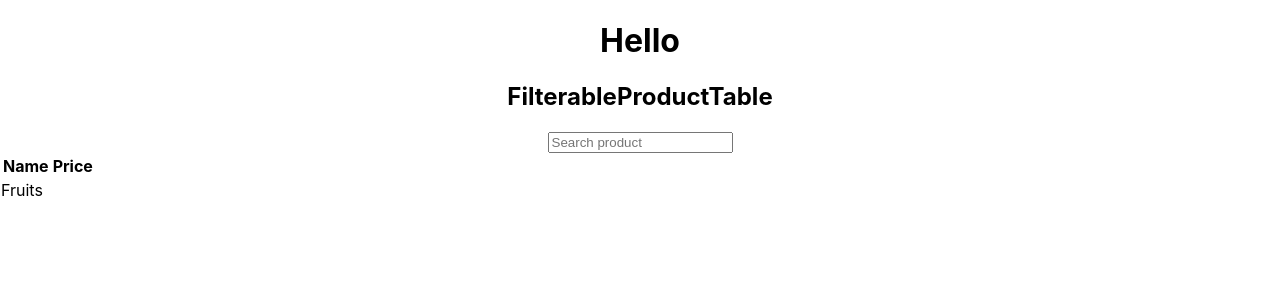
Repository: rezapurnamaa/product-category
Page: /
The author's editor kept a copy of each file at every save. The page is drawn from the files as they stood at one save, then again after a run of saves.
The browser window is 1280 px wide. The pictures show the whole page.
The project was rebuilt for these pictures with package versions that can differ from the ones it lists, and the page was loaded fresh each time.

Above is the page before, as saved 2023-06-23 01:05:52.

After the next 2 saves:
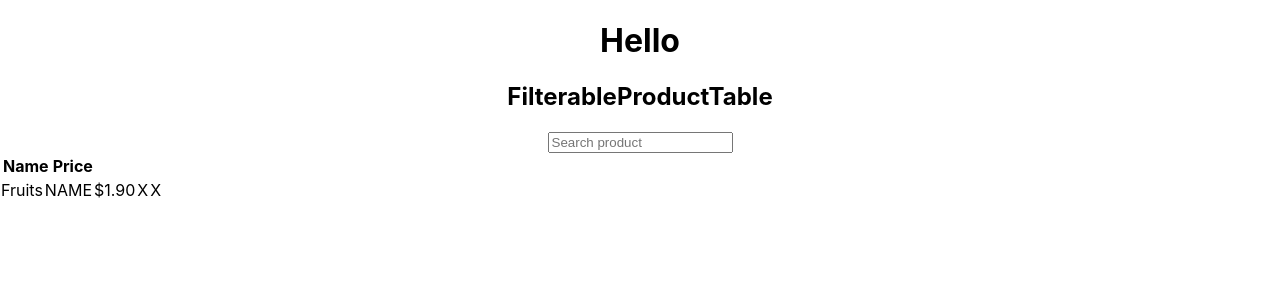
The 2 saves are shown as one change because 1 did not build or start.
The last was saved 71 s later.
--- a/src/App.js
+++ b/src/App.js
@@ -52,4 +52,13 @@ function ProductCategoryRow() {
   );
 }
 
-function ProductRow() {}
+function ProductRow() {
+  return (
+    <>
+      <td>NAME</td>
+      <td>$1.90</td>
+      <td>X</td>
+      <td>X</td>
+    </>
+  );
+}
